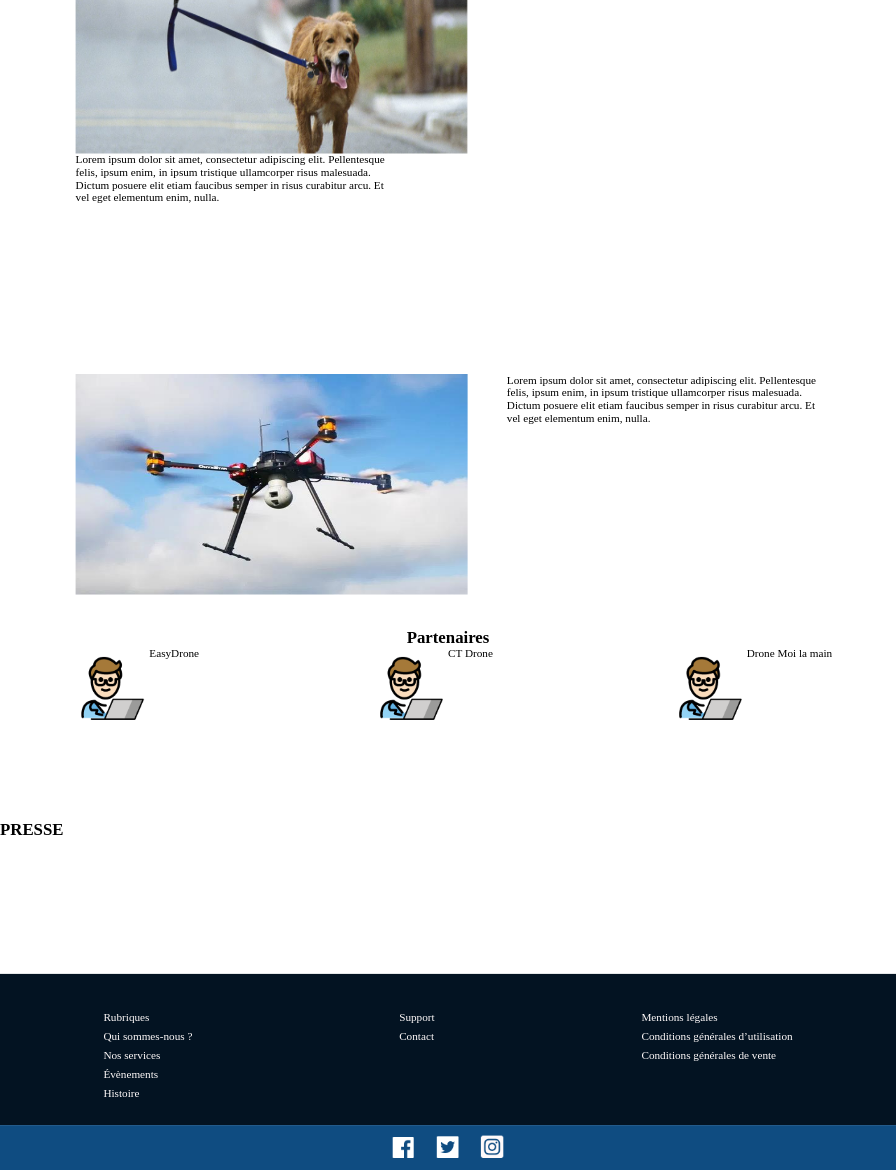
Repository: clairedupuich/serv_drone
Page: http://localhost/aceuille.html
An editor plug-in stored every save of this project. The page is shown before and after the next save, followed by the edit.
The browser window is 1280 px wide. The pictures show the part of the page from y = 1056 to 2976 px (the page is 2728 px tall before and 2976 px after), at 70% of full size.
Pictures or frames that could not be fetched are drawn as grey boxes. The page is run by PHP 8.4 with error messages shown; the project is at /var/www/html/.

Above is the page before, as saved 2020-11-01 22:25:26.

### aceuille.html
<!DOCTYPE html>
<html lang="en">
<head>
    <meta charset="UTF-8">
    <meta name="viewport" content="width=device-width, initial-scale=1.0">
    <title>Aceuille</title>
    <link rel="stylesheet" href="style.css">
</head>
<body>
    <header>
        <section class="navLogo">
            <img src="img/Group 5.png" class="logo">
            <div class="navAndIcon">
                <ul class="nav">
                    <li class=""> <a href="qui_somme_nous.html"> Qui sommes-nous ?</a></li>
                    <li class=""> <a href="nos_produit.html"> Nos services</a></li>
                    <li class=""> <a href="histoire.html"> Histoire</a></li>
                    <li class=""> <a href="evenements.html"> Évènements</a></li>
                    <li class=""> <a href="support.html"> Support</a></li>
                    <li class=""> <a href="contact.html"> Contact</a></li>
                </ul>

                <div class="iconHeader">
                  <a href="" class="iconHaut"><img src="img/Vector.png" alt=""></a>
                  <a href="" class="iconHaut"><img src="img/Vector(1).png" alt=""></a>
                  <a href="" class="iconHaut"><img src="img/Vector(2).png" alt=""></a>
                </div>
            </div>
        </section>
        <section class="grandImg">
            <h2>Serv’Drone</h2>
            <p class="inHeaderP">Petite phrase d’accroche lorem ipsum s simply dummy text
                of the printing and typesetting industry.</p>
        </section>
    </header>


<section>
    <div class="container_acceuille">
        <div class="inuvation">
            <h3>INNOVATION</h3>
            <p>Lorem ipsum dolor sit amet, consectetur adipiscing elit. Pellentesque felis, ipsum enim, in ipsum tristique ullamcorper risus malesuada. Dictum posuere elit etiam faucibus semper in risus curabitur arcu. Et vel eget elementum enim, nulla. </p>
        </div>
        <img src="img/drone-knoll-flatlay 1.png" alt="" class="imgInovation">
    </div>
</section>

<section class="service_of_produit">
    <h2 class="titreAceuille">NOS SERVICES </h2>
    <div class="containerService">
        <img src="img/promèneChien.png" alt="" class="imgService">
        <p class="textService">Lorem ipsum dolor sit amet, consectetur adipiscing elit. Pellentesque felis, ipsum enim, in ipsum tristique ullamcorper risus malesuada. Dictum posuere elit etiam faucibus semper in risus curabitur arcu. Et vel eget elementum enim, nulla. </p>
    </div>
    <div class="containerService">

        <p class="textService">Lorem ipsum dolor sit amet, consectetur adipiscing elit. Pellentesque felis, ipsum enim, in ipsum tristique ullamcorper risus malesuada. Dictum posuere elit etiam faucibus semper in risus curabitur arcu. Et vel eget elementum enim, nulla. </p>
        <!-- <img src="" alt="" class="imgService"> -->
        <iframe width="560" height="315" src="https://www.youtube.com/embed/5ieqqD7U5DI" frameborder="0" allow="accelerometer; autoplay; clipboard-write; encrypted-media; gyroscope; picture-in-picture" allowfullscreen></iframe>
    </div>
    <div class="containerService">
        <img src="img/service3.jpg" alt="" class="imgService">
        <p class="textService">Lorem ipsum dolor sit amet, consectetur adipiscing elit. Pellentesque felis, ipsum enim, in ipsum tristique ullamcorper risus malesuada. Dictum posuere elit etiam faucibus semper in risus curabitur arcu. Et vel eget elementum enim, nulla.</p>
    </div>
</section>
<section>
    <div class="containerP">
        <h2 class="title text-center">Partenaires</h2>
        <div class="partners">
          <div class="block-partner">
            <img src="img/openmoji_man-technologist-light-skin-tone.png" alt="Logo des partenaires">
            <p>EasyDrone</p>
          </div>
          <div class="block-partner">
            <img src="img/openmoji_man-technologist-light-skin-tone.png" alt="Logo des partenaires">
            <p>CT Drone</p>
          </div>
          <div class="block-partner">
            <img src="img/openmoji_man-technologist-light-skin-tone.png" alt="Logo des partenaires">
            <p>Drone Moi la main</p>
          </div>
        </div>
      </div>
</section>
<section>
    <h2 class="titreAceuille">PRESSE</h2>
    <div class="container"></div>
</section>









    <footer>
        <div class="textFooterC">
            <div class="texFooter">
                <a href="" class="textFooterEle">Rubriques</a>
                <a href="" class="textFooterEle">Qui sommes-nous ? </a>
                <a href="" class="textFooterEle">Nos services</a>
                <a href="" class="textFooterEle">Évènements</a>
                <a href="" class="textFooterEle">Histoire</a>


            </div>
            <div class="texFooter">
                <a href="" class="textFooterEle">Support</a>
                <a href="" class="textFooterEle">Contact</a>
            </div>
            <div class="texFooter">
                <a href="" class="textFooterEle">Mentions légales</a>
                <a href="" class="textFooterEle">Conditions générales d’utilisation</a>
                <a href="" class="textFooterEle">Conditions générales de vente</a>
            </div>
        </div>
        <div class="iconsFooter">
               <img src="img/Vector 1.png" alt="" class="iconFooter">
               <img src="img/Vector2.png" alt="" class="iconFooter">
               <img src="img/Vector 3.png" alt="" class="iconFooter">
        </div>
    </footer>
</body>
</html>

### style.css
/* header commence ci-desous */
.navLogo {
    display: flex;
    flex-wrap: wrap;
    flex-direction: row;
    justify-content: space-around;
    align-items: center;
    padding: 1.5em;
}
.logo {
    width: 5em;
    height: 5em;
    margin-left: 0;
}
.nav {
    display: flex;
    flex-wrap: wrap;
    flex-direction: row;
    justify-content: space-between;
    margin-bottom: 0;
}
.nav > li {
    text-decoration: none;
    transition-property: transform;
    transition-duration: .2s;
    transform: scale(1);
    padding: 1em;
    list-style: none;
}
.nav > li > a {
    list-style: none;
    color:black;
    text-decoration: none;

}
.nav > li:hover {
    transform: scale(1.3);
    color: rgb(10, 23, 204);

}

.nav > li > a:hover {
    transform: scale(1.3);
    color: rgb(10, 23, 204);

}
.iconHeader {
    text-align: end;
   margin-right: 3em;
}
.iconHaut {
    margin-left: 1em;
}
.grandImg {
    background-image: url(img/headerimg.png);
    border-top: 7px solid #0F4C81;
    background-repeat: no-repeat;
    background-origin: border-box;
    background-position: center;
}
.grandImg > h2 {
    color: snow;
    font-size:3em ;
    margin: 0 auto 1em 1em;
    padding-top: 2em;
}
.inHeaderP {
    width: 40%;
    margin-bottom: 7em;
    padding-bottom: 8%;
    padding-left: 3.5%;
}
@media screen and (max-width: 770px) {
    .inHeaderP {
        width: 70%;
        margin-bottom: 6em;
        padding: 8% auto;
    }
    .grandImg > h2 {
        color: snow;
        font-size:2em ;
        margin: 0 auto 1em 1em;
        padding-top: 2em;
    }
}
/* page support commence */
*{
    margin: 0;
    padding: 0;
}
.videoDiv,
.iconText, {
    margin-bottom: 7em;
}
.contenueSupport {
   margin: 4em auto;
   padding: 1em 4%;
   text-align: center;
}
iframe {
    min-width: 300px;
}
.videoDiv > h2 {
   margin-bottom: 2em;
}

/* les icons de page support commence */
.titreIcon {
    color: snow;
    background-color: #0F4C81;
    margin: 5em auto;
    padding: .5em;
    width: 45%;
    border-radius: 3em;
}
@media screen and (max-width: 925px){
    .titreIcon {
        width: 65%;
        font-size: 1em;
    }
}
.iconText {
    display: flex;
    flex-direction: row;
    flex-wrap: wrap;
    justify-content: space-around;
}
.fig {
    width: 25%;
    min-width: 10em;
    margin-bottom: 7em;
}
.icon {
    margin-bottom: 2em;
}
.icon1,
.icon4 {
    margin-bottom: 3em;
}
.fig > figcaption {
    text-align: center;
    padding: 2em;
}

.repaire {
    margin-bottom: 4em;
    padding: 1em 15%;
}
.teleMail {
    display: flex;
    flex-direction: row;
    flex-wrap: wrap;
    justify-content: space-around;
}
.tele,
.mail {
    color: snow;
    background-color: #0F4C81;
    margin-bottom: 3em;
    padding: .5em;
    width: 33%;
    min-width: 15em;
}

/* page qui somme nous commence */
.quiHaut {
    text-align: center;
    background-color: #031322;
    background-clip: border-box;
    padding: 3em 17%;
    color: snow;
}
.littleTitre {
    font-weight: bold;
    padding: 2em;
    font-size: 1.2em;
}
.quiText {
    padding-bottom: 9em;
    line-height: 1.5em;
    text-align: justify;
}
.chefs {
    /* background-color: #031322; */
    background-clip: border-box;
    padding:2em 8%;
   /*  color: snow; */
}
.chefs > h4 {
    margin-left: 4em;
}
.man {
    display: flex;
    flex-wrap: wrap;
    flex-direction: row;
    justify-content: space-around;
    margin-bottom: 6em;
}
.imgMan2 {
    display: none;
}
.manText {
    width: 35%;
    text-align: justify;

}
@media screen and (max-width: 380px){
    .manText {
        width: 65%;
        text-align: justify;

    }
    .imgMan2 {
        display: block;
    }
    .imgManComputer {
        display: none;
    }
}

/* footer commence */
footer {

    color: snow;
    margin-top: 8em;
}
.textFooterC {
    background-color: #031322;
    display: flex;
    flex-direction: row;
    flex-wrap: wrap;
    justify-content: space-around;
    padding-top: 3em;
    padding-bottom: 2em;
}
.texFooter {
    display: flex;
    flex-direction: column;
    line-height: 1.7em;
    background-clip: border-box;
}
/* .textFooter2 {
    margin-right: 19em;
} */
.textFooterEle {
    text-decoration: none;
    list-style: none;
    color: snow;
}
.iconsFooter {
    background-color: #0F4C81;
    text-align: center;
}
.iconFooter{
   padding: 0.9em;
}

/* page contact commence */
.contenueContact {
    padding:2em 9%;
    background-color: #f2f3f3;
    background-clip: border-box;
}
.contact {
    display: flex;
    flex-direction: row;
    flex-wrap: wrap;
    justify-content: space-around;
    margin-bottom: 3em;
}
.contact > p {
    background-color: #ffffff;
    padding: 10% 2em;
    border-radius: 3em;
    margin-bottom: 1.5em;

}
.contact > p > span {
    font-size: 1.5em;
    display: block;
    margin-bottom: 1em;
}
.contact_img {
    border-radius: 3em;
    width: 40%;
    min-width: 20em;
}

/* formulaire ci-desous */
.cont h2 {
    margin: 6em auto 2em;
    text-align: center;
    width: 80%;
}

.hform {

    background-image: url(img/drone2.png);
    background-repeat: no-repeat;
    background-position-x: right;
    background-position-y: top;
}

.cont h3 {
    margin-bottom: 1em;
}

.contat-p {
    padding: 8px auto;
}

form {
    margin-top: 1.5em;

}

.nomemail {
    display: flex;
    flex-direction: row;
    flex-wrap: wrap;
    justify-content: space-between;

}

.form-nom {
    width: 40%;
    min-width: 16em;
}

.form-emil {
    width: 40%;
    margin-right:.5em;
    min-width: 16em;
}

.name {

    color: rgb(39, 37, 37);
    padding: 1em;
    width: 100%;
    margin: 0.7em auto;
}

.textarea {
    width: 100%;
    padding: 1.5em;
    font-size: 1em;
    margin-bottom: 2em;
    font-style: italic;

}

.contact-submit input {
    padding: .6em;
    font-size: 1em;
    background-color: #febf01;
    border: darkslategrey solid 1px;
    box-shadow: 2px 3x 6px black;
    border-radius: 3px;
    color: cornsilk;
    cursor: pointer;
}
@media screen and (max-width: 556px) {
    footer {
        margin-top: 5em;
        text-align: center;
    }
    .textFooterC {
        display: flex;
        flex-direction: column;
        flex-wrap: wrap;
        justify-content: space-around;
        padding-top: 3em;
        padding-bottom: 2em;
    }
    .texFooter {
        display: flex;
        flex-direction: column;
        line-height: 1.7em;
        background-clip: border-box;
    }

    .cont {
        background-image: url(img/drone2.png);
        background-repeat: no-repeat;
        background-position-x: right;
        background-position-y: top;
    }
    .hform {

        background-image: url();
    }

    .textarea {
        width: 92%;
    }

}
/* page histoire commence ici */
.cotenue_histoire {
    text-align: center;
}
.histoire_titre {
    text-align: center;
    font-weight: bold;
    font-size: 1.5em;
    margin: 3em auto;
}
.histoire_img {
    width: 60%;
}

/* page produit/ service commence */
.container {
    padding: 2em 5em;
}
 ul li {

    list-style: none;
    text-decoration: none;
}
.bg-light {
    padding: 1em 5em 4em;
    background-color: #D4E3E3;
}
.title {
    text-align: center;

}
.services {
    margin: 80px 0;
    padding: 30px;
  }

  .service-text {
    padding: 40px 0;
  }

  .service-img {
    margin-top: 20px;
    position: relative;
    height: 300px;
    background: center / cover no-repeat url(/images/service1.png);

    border-radius: 13px;

    transition: .3s;
  }

  .service-img-1 {
    background-image: url(/images/service2.png);
  }

  .service-img-2 {
    background-image: url(/images/service3.png);
  }

  .service-img-3 {
    background-image: url(/images/service4.png);
  }

  .service-img-4 {
    background-image: url(/images/service5.png);
  }

  .services a:hover .service-img {
    box-shadow: 4px 3px 14px -1px rgba(0, 0, 0, 0.26);
  }

  .service-img p {
    padding: 30px;
    position: absolute;
    top: 20px;
    right: 0;
    width: 200px;

    font-weight: 900;

    border-radius: 10px 0 0 10px;

    background-color: #B8D4D4;
  }

  .application {
    padding: 50px 0;
  }

  .application .title {
    margin-bottom: 50px;
  }
  /* products */
  .products {
    margin: 50px 0;
  }

  .product {
    padding: 15px;
    margin: 30px 0;

    color: #FFF;

    background-color: #031322;


  }

  .product img {

    width: 100%;
  }

  .product-title {
    margin-top: 20px;
    font-weight: 800;
  }

  .product-details {
    margin: 20px 0;
  }

  .product-price {
    text-align: center;
    font-weight: 800;
  }

  .product .btn {
    display: inline-block;
    margin-top: 20px;
    padding: 10px 0;
    width: 100%;
    color: snow;
    text-decoration: none;
    text-align: center;

    background-color: #0F4C81;

    border-radius: 6px;
  }

  a.btn:hover {
    color: #031322;
  }



  @media only screen and (min-width: 768px) {
    .products {
      display: grid;
      grid-template-columns: 1fr 1fr 1fr;
      grid-gap: 20px;
    }

    .product {
      min-height: 600px;
      position: relative;
    }

    .bottom-product {
      position: absolute;
      bottom: 15px;
      left: 15px;
      right: 15px;
    }
  }


/* page de evenements commance */
.evenement_container {
    display: flex;
    flex-direction: row;
    flex-wrap: wrap;
    justify-content: space-around;
    margin: 2em 3em;
}
.evenement_text{
    width: 35%;
}
.evenement_text p {
    margin-top: 2em;
}
.img_evenement_top {
    width: 45%;
    min-width: 20em;
}
.three_images {
    margin: 9em 3em;
}
.img_evenement_middle {
    width: 30%;
    min-width: 15em;
    margin-bottom: 2em;
}
.img_evenement_bottom {
    width: 55%;
    margin-left: 25%;
}
/* page d'aceuill commence */
.service_of_produit {
    margin: 3em 5em;
}
.containerService {
    display: flex;
    flex-direction: row;
    flex-wrap: wrap;
    justify-content: space-around;
}
.imgService {
    width: 560px;
    height: 315px;
}
.textService {
    width: 40%;

}
.block-partner {
    display: flex;
}
.container_acceuille {
    display: flex;
    flex-direction: row;
    flex-wrap: wrap;
    justify-content: space-between;
    width: 100%;
    margin-bottom: 3.5em;
}

.inuvation {
    width: 45%;
    background-color: #B8D4D4;
    padding: 2em;
}
.inuvation h3 {
    margin-bottom: 1.5em;
}
.imgInovation {
    width: 50%;
    min-width: 20em;
}

.partners {
    display: flex;
    flex-wrap: wrap;
    flex-direction: row;
    justify-content: space-around;
}
.block-partner {
    display: grid;
    grid-template-rows: 1fr 1fr;
    grid-template-columns: 1fr 1fr;
}

After the next save:
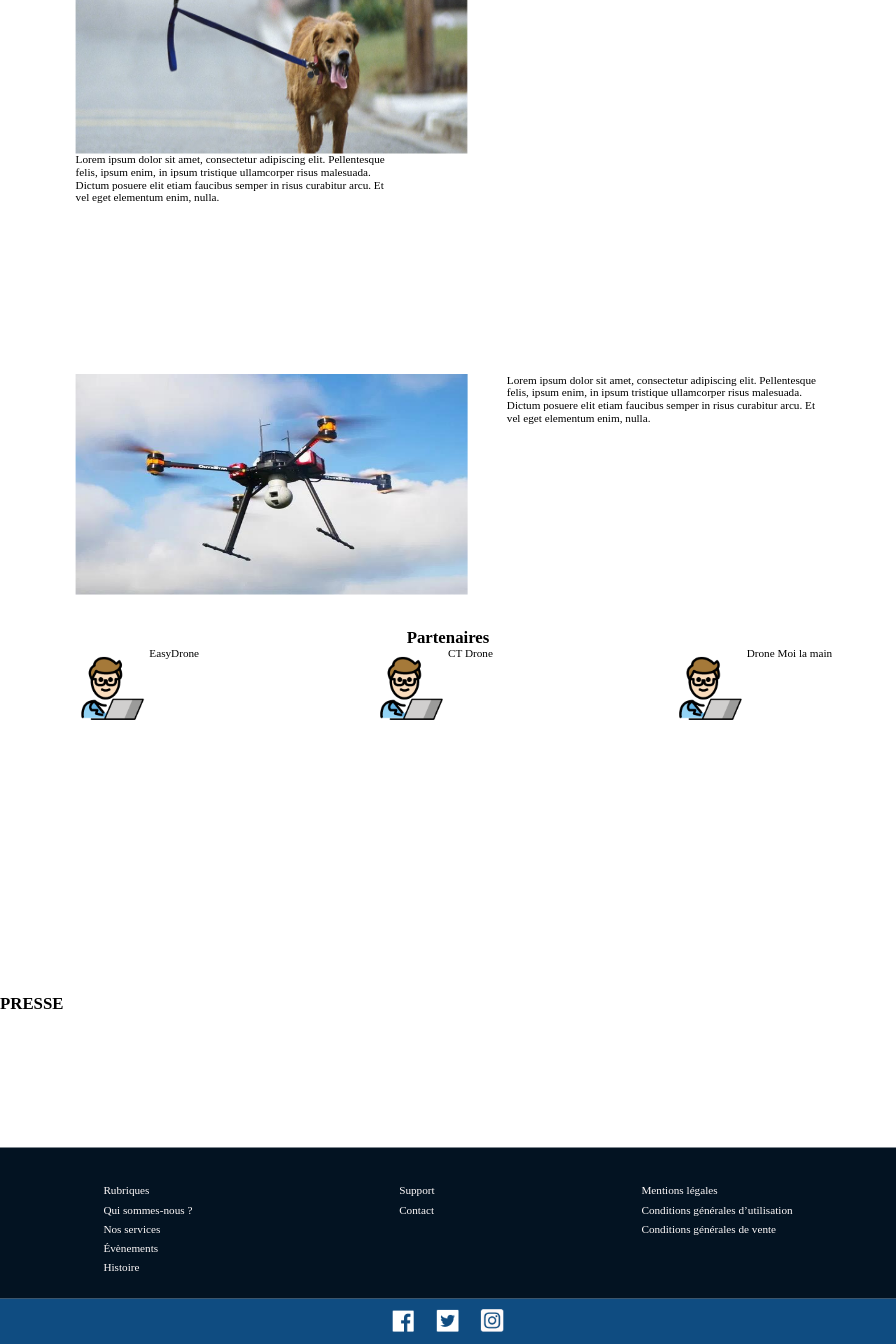
Saved 6 s later.
--- a/style.css
+++ b/style.css
@@ -645,6 +645,6 @@
 }
 .block-partner {
     display: grid;
-    grid-template-rows: 1fr 1fr;
+    grid-template-rows: 1fr 3fr;
     grid-template-columns: 1fr 1fr;
 }

After the 2 saves that followed:
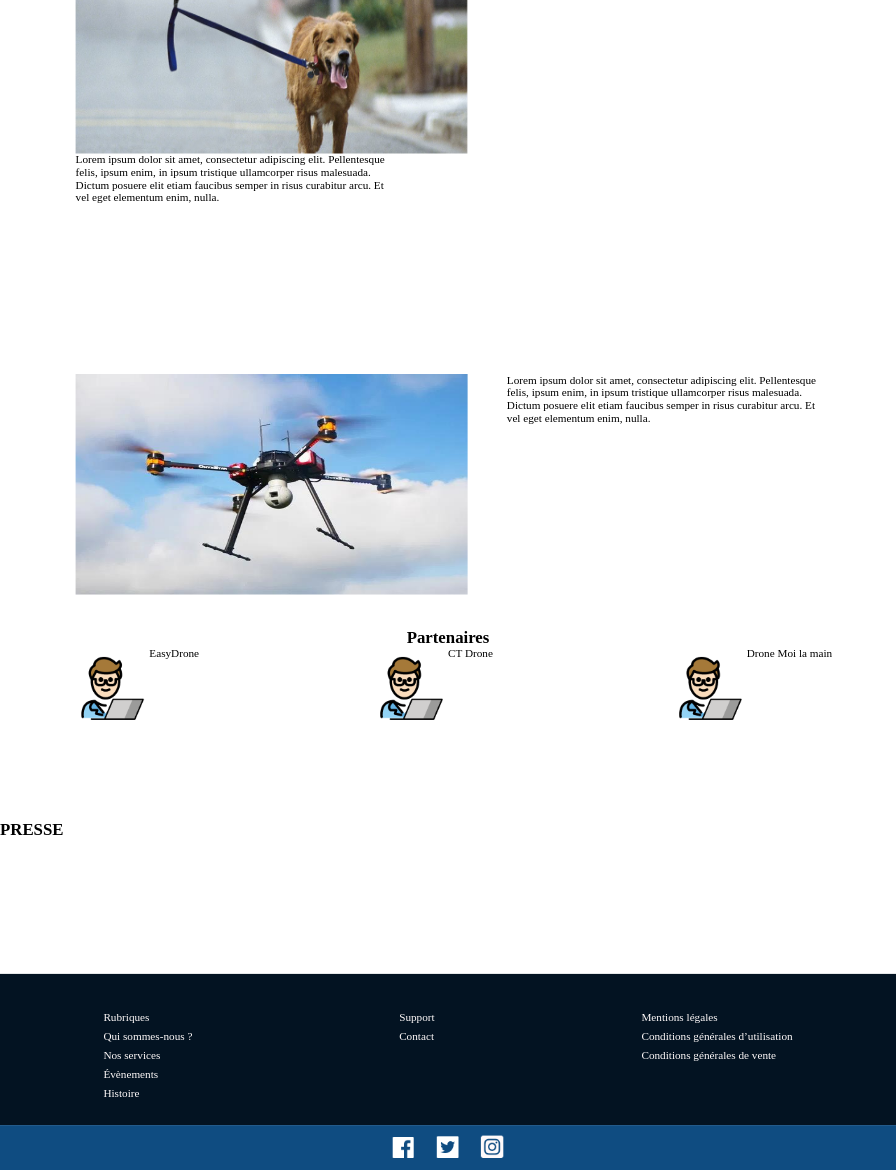
The 2 saves are shown as one change because they came seconds apart.
The last was saved 15 s later.
--- a/style.css
+++ b/style.css
@@ -645,6 +645,6 @@
 }
 .block-partner {
     display: grid;
-    grid-template-rows: 1fr 3fr;
+    grid-template-rows: 1fr 1fr;
     grid-template-columns: 1fr 1fr;
 }
